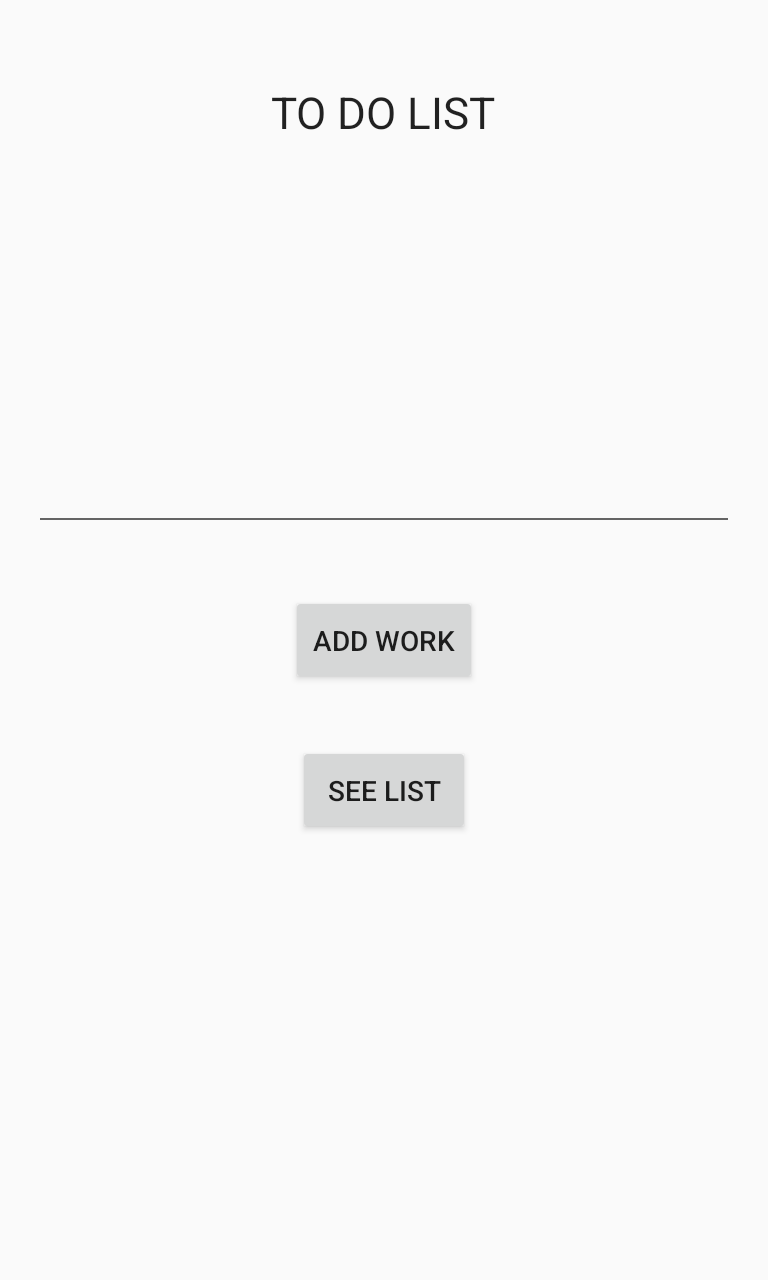
Repository: KibaD/HILLIQUINDOUMBIA
Layout: workspace/Todo_List/res/layout/activity_main.xml
The author's editor kept a copy of each file at every save. The layout is drawn from the files as they stood at one save, then again after the next save.
It is drawn on a 768 x 1280 px phone screen (xhdpi) without system bars, with theme AppTheme; the app's code is not run.

Above is the layout before, as saved 2015-01-05 14:00:43.

After the next save:
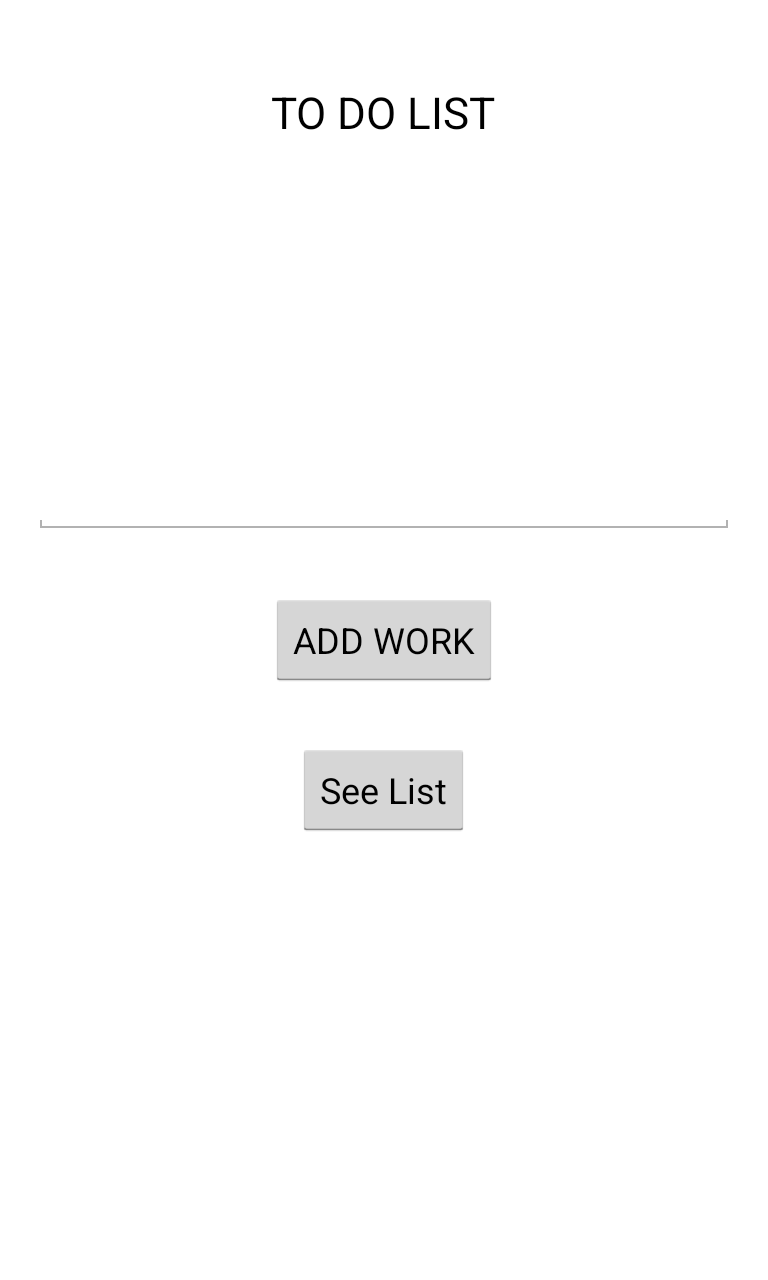
Saved 4 min 15 s later.
--- a/workspace/Todo_List/res/values-v11/styles.xml
+++ b/workspace/Todo_List/res/values-v11/styles.xml
@@ -8,6 +8,6 @@
         <!-- API 11 theme customizations can go here. -->
     </style>
 
-    <style name="navbar" parent="android:Theme.Holo.Light.DarkActionBar" />
+    <style name="AppTheme" parent="android:Theme.Holo.Light" />
 
 </resources>

After the save that followed:
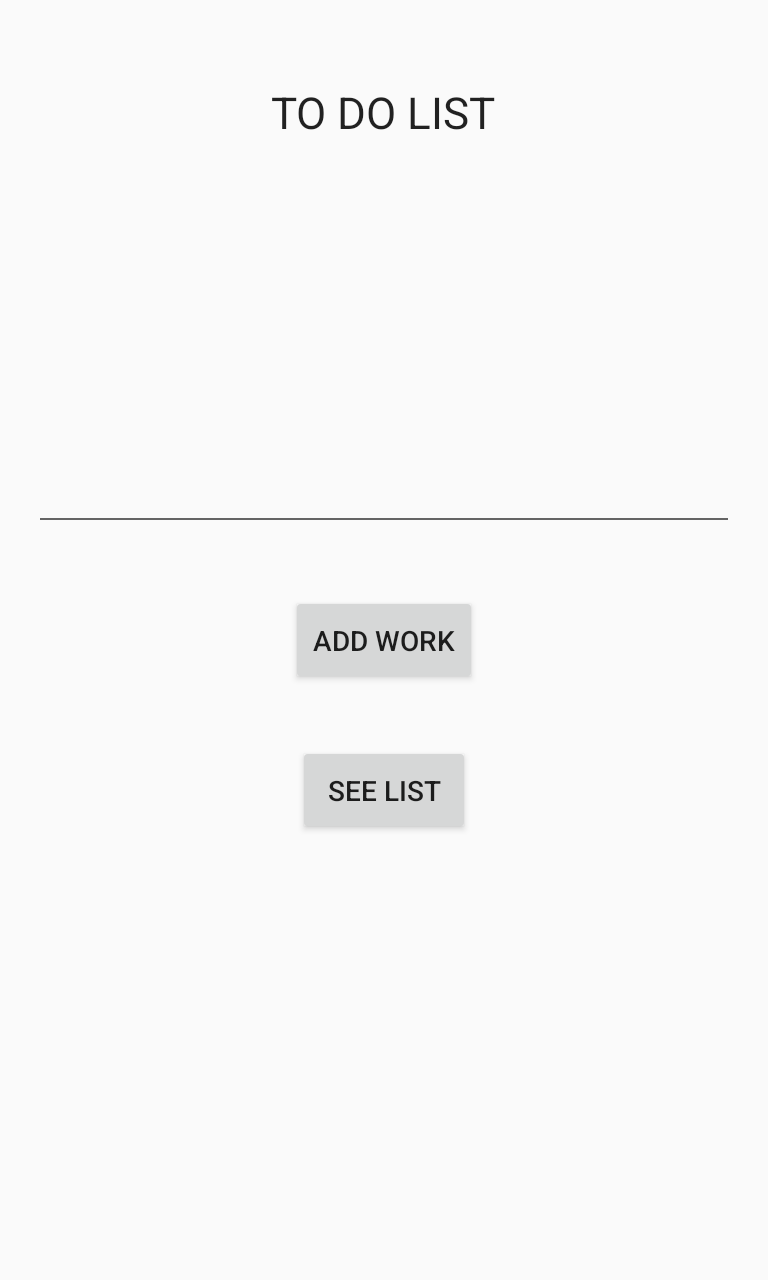
Saved 54 s later.
--- a/workspace/Todo_List/res/values-v11/styles.xml
+++ b/workspace/Todo_List/res/values-v11/styles.xml
@@ -8,6 +8,6 @@
         <!-- API 11 theme customizations can go here. -->
     </style>
 
-    <style name="AppTheme" parent="android:Theme.Holo.Light" />
+    <style name="navbar" parent="android:Theme.Holo.Light" />
 
 </resources>
